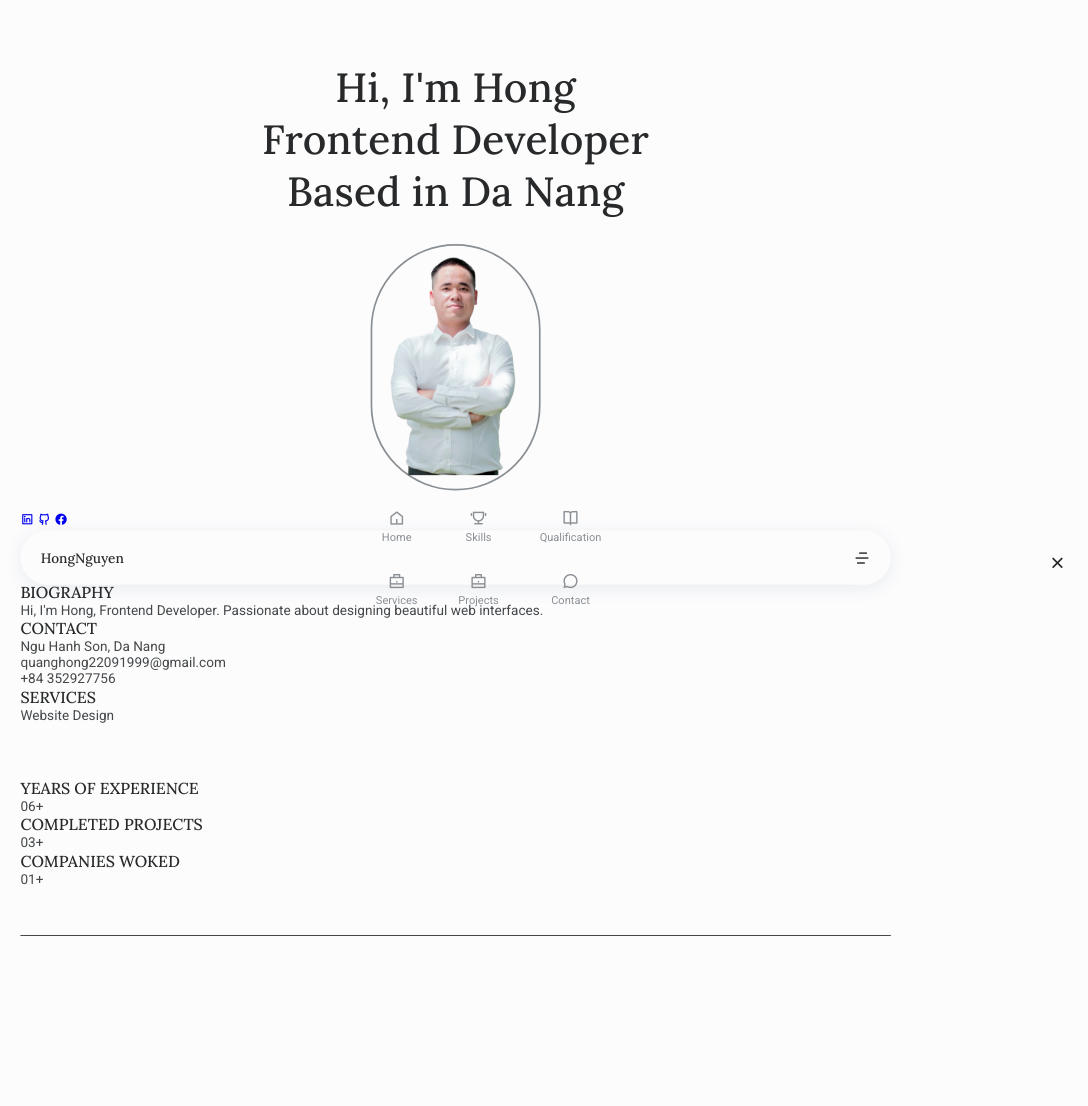
Repository: hnguyeng/myportfoliohongnguyen
Page: index.html
An editor plug-in stored every save of this project. The page is shown before and after the next save, followed by the edit.
The browser window is 1280 px wide. The pictures show the whole page, at 85% of full size.
Some web libraries are served in a nearby version.

Above is the page before, as saved 2023-07-17 13:43:19.

After the next save:
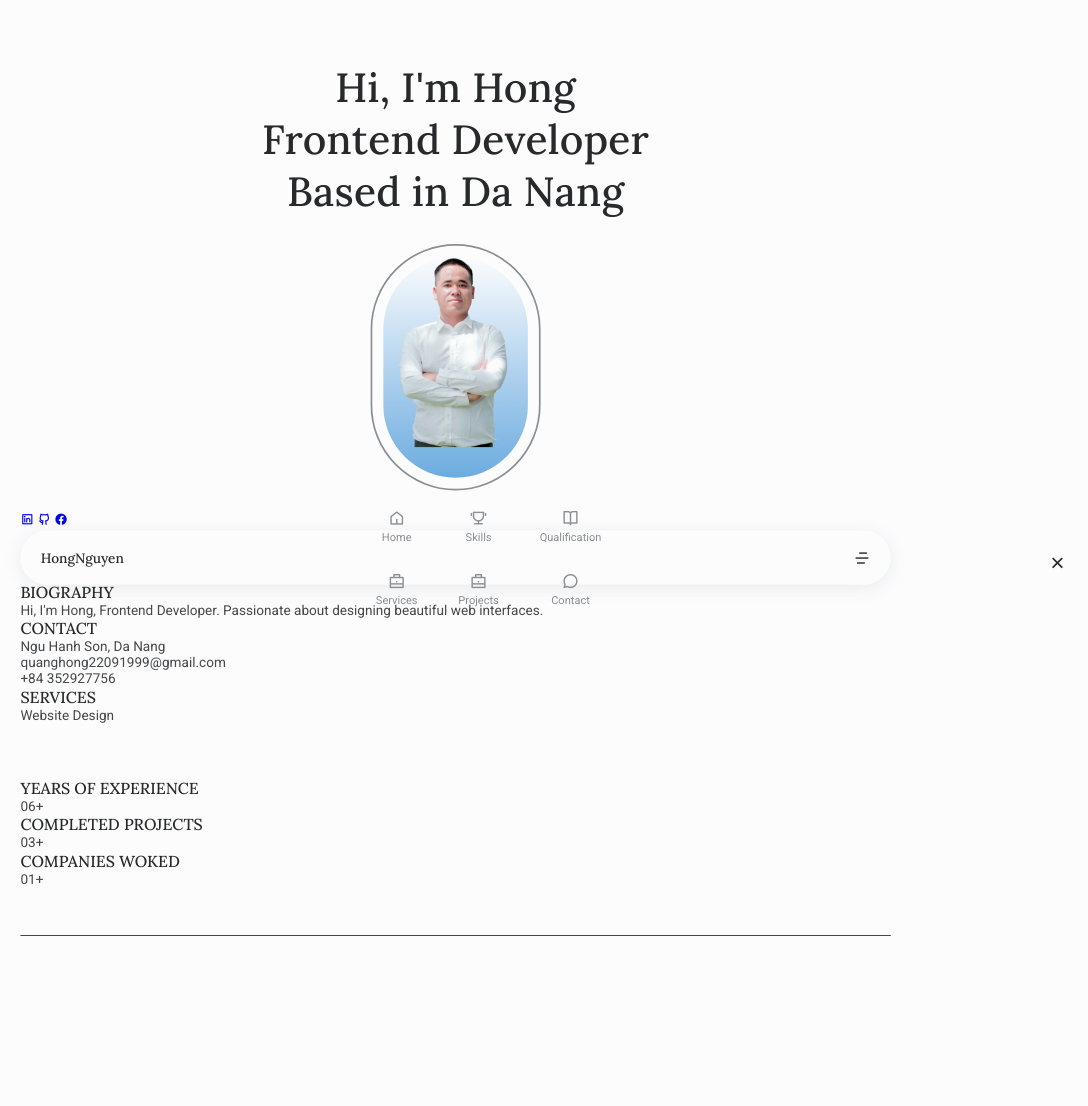
Saved 2 min 3 s later.
--- a/assets/css/style.css
+++ b/assets/css/style.css
@@ -213,3 +213,10 @@ img{
     border-radius: 6.25rem;
     place-items: center;
 }
+.home__perfil{
+    width: 170px;
+    height: 260px;
+    background: var(--gradient-color);
+    border-radius: 5.5rem;
+    overflow: hidden;
+}
